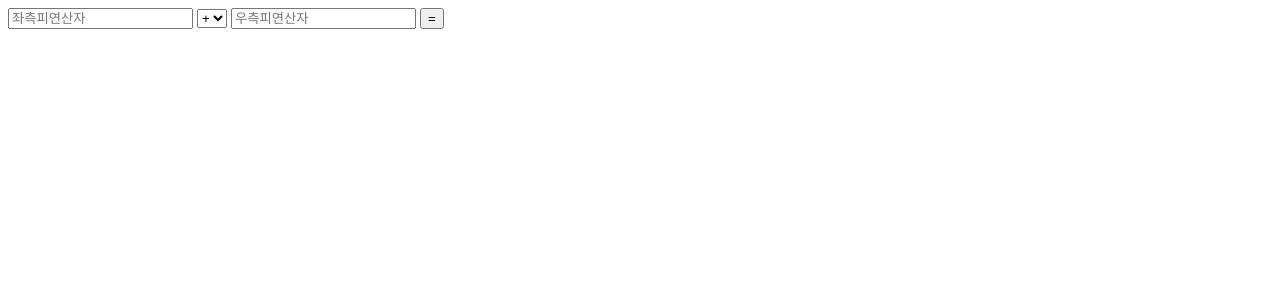
Repository: YOUNARAE/JSP
Page: http://localhost/WebStudy01/04/calculate
The author's editor kept a copy of each file at every save. The page is drawn from the files as they stood at one save, then again after the next save.
The browser window is 1280 px wide. The pictures show the whole page.
The page is served by Tomcat 9.

Above is the page before, as saved 2022-12-09 09:08:00.

After the next save:
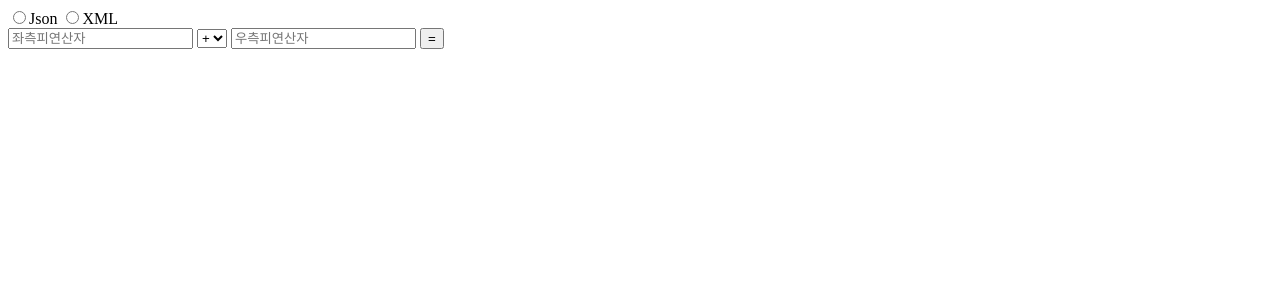
Saved 55 s later.
--- a/WebStudy01/src/main/webapp/WEB-INF/views/03/calculateForm.jsp
+++ b/WebStudy01/src/main/webapp/WEB-INF/views/03/calculateForm.jsp
@@ -7,6 +7,8 @@
 <title>Insert title here</title>
 </head>
 <body>
+<input type="radio" name="dataType" value="json"/>Json
+<input type="radio" name="dataType" value="xml"/>XML
 <form method="post">
 	<input type="number" name="leftOp" placeholder="좌측피연산자" />
 	<select name="operator">
@@ -19,6 +21,6 @@
 	<button type="submit">=</button>
 </form>
 
-<!-- 총 몇개의 파라미터가 넘어가는 가 -->
+<!-- 총 몇개의 파라미터가 넘어가는 가 input 3개-->
 </body>
 </html>
